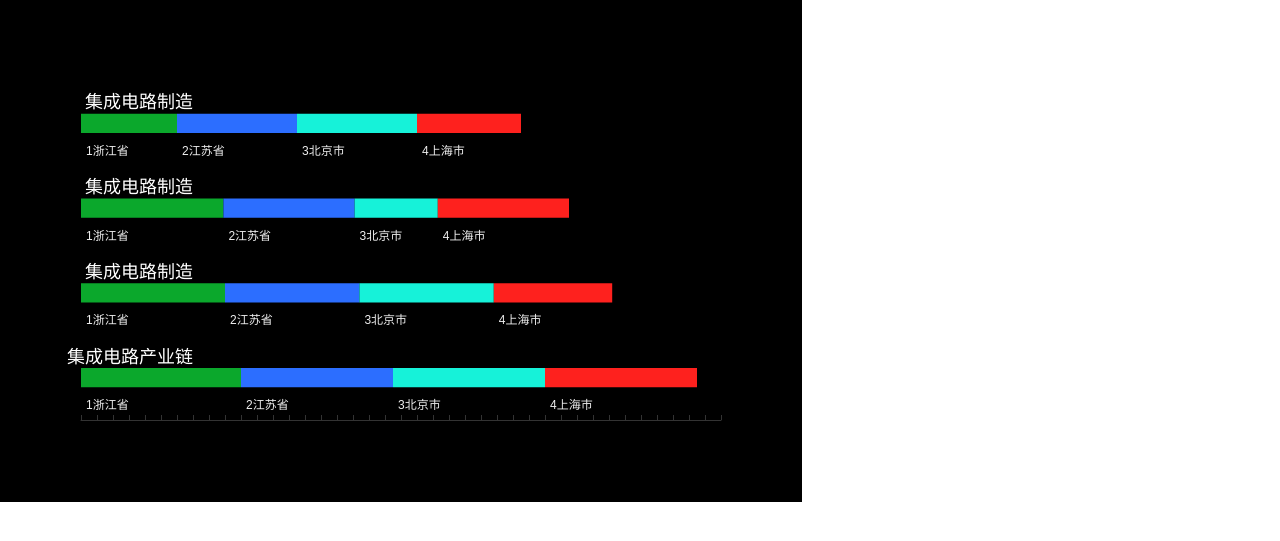
Repository: 572031690/echartproj
Page: /#/test
The author's editor kept a copy of each file at every save. The page is drawn from the files as they stood at one save, then again after the next save.
The browser window is 1280 px wide. The pictures show the whole page.
The project was rebuilt for these pictures with package versions that can differ from the ones it lists, and the page was loaded fresh each time. Also part of the build but not shown: vue.config.js, src/components/Seller.vue, src/views/SellerPage.vue, src/utils/theme_utils.js, src/components/Trend.vue, src/views/TrendPage.vue, src/utils/map_utils.js, src/components/Map.vue and 9 more.

Above is the page before, as saved 2021-08-03 12:44:45.

After the next save:
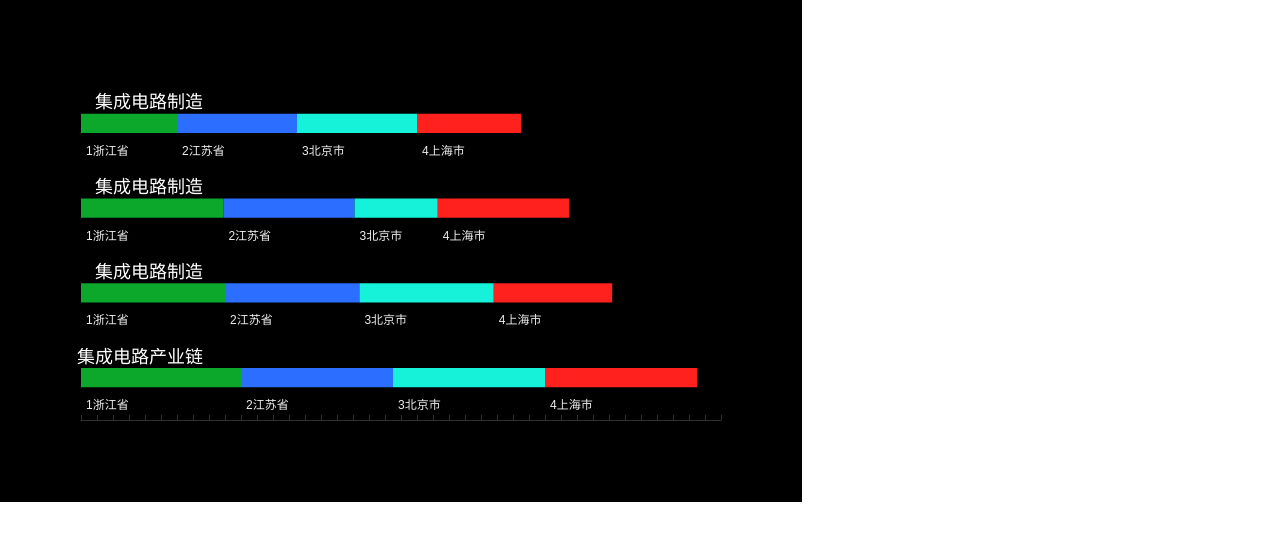
Saved 5 s later.
--- a/src/components/Test.vue
+++ b/src/components/Test.vue
@@ -174,7 +174,7 @@ export default {
                 fontSize: 18
               }
             },
-            offset: -120, // 设置x轴的偏移 -92是向上 但是得配合onZero: false,使用 不然负数不会生效
+            offset: -130, // 设置x轴的偏移 -92是向上 但是得配合onZero: false,使用 不然负数不会生效
             axisLine: {
               onZero: false,
               // 设置轴线
